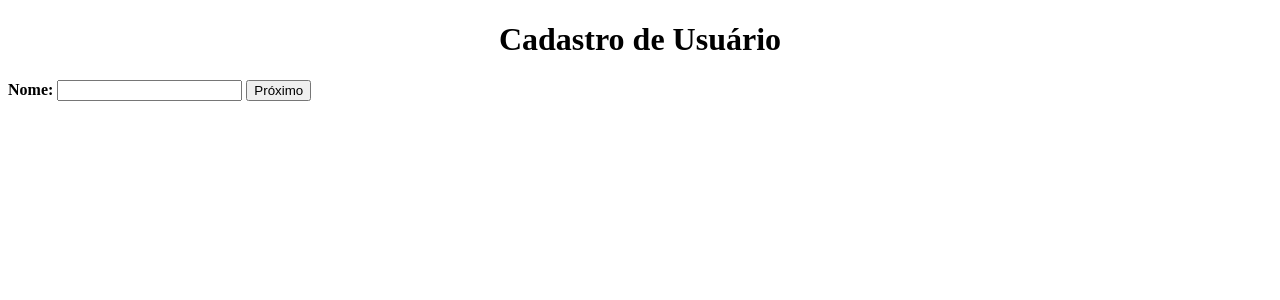
Repository: yoda4ever/playground
Page: http://localhost/Mod06_ex02B/tela1.jsp
An editor plug-in stored every save of this project. The page is shown before and after the next save, followed by the edit.
The browser window is 1280 px wide. The pictures show the whole page.
The page is served by Tomcat 9.

Above is the page before, as saved 2017-05-06 15:29:16.

After the next save:
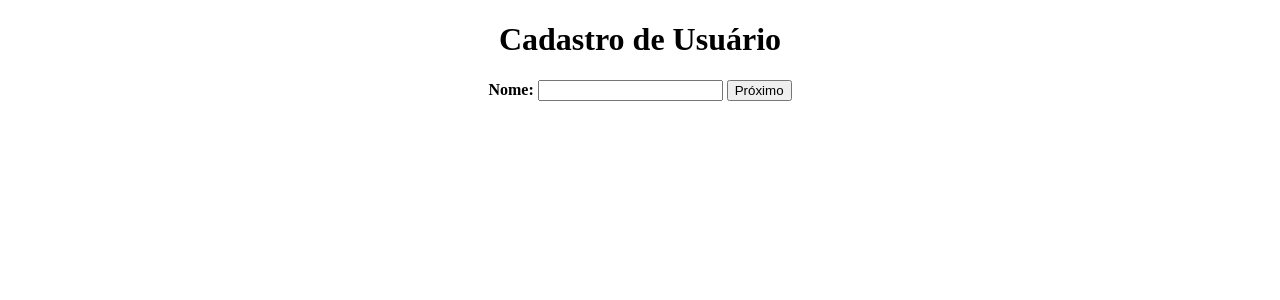
Saved 98 s later.
--- a/Mod06_ex02B/WebContent/tela1.jsp
+++ b/Mod06_ex02B/WebContent/tela1.jsp
@@ -12,13 +12,14 @@
 			<h1>Cadastro de Usuário</h1>
 		</center>
 
-		<form action="Cadastrar" method="get">
-			<p><strong>Nome:</strong>
-			<input type="text" maxlength="20" name="nome">
-			<button>Próximo</button>
-
-		</form>
-
+		<center>
+			<form action="Cadastrar" method="get">
+				<input type="hidden" name="tela1">
+				<p><strong>Nome:</strong>
+				<input type="text" maxlength="20" name="nome">
+				<button>Próximo</button>
+			</form>
+		</center>
 
 
 
